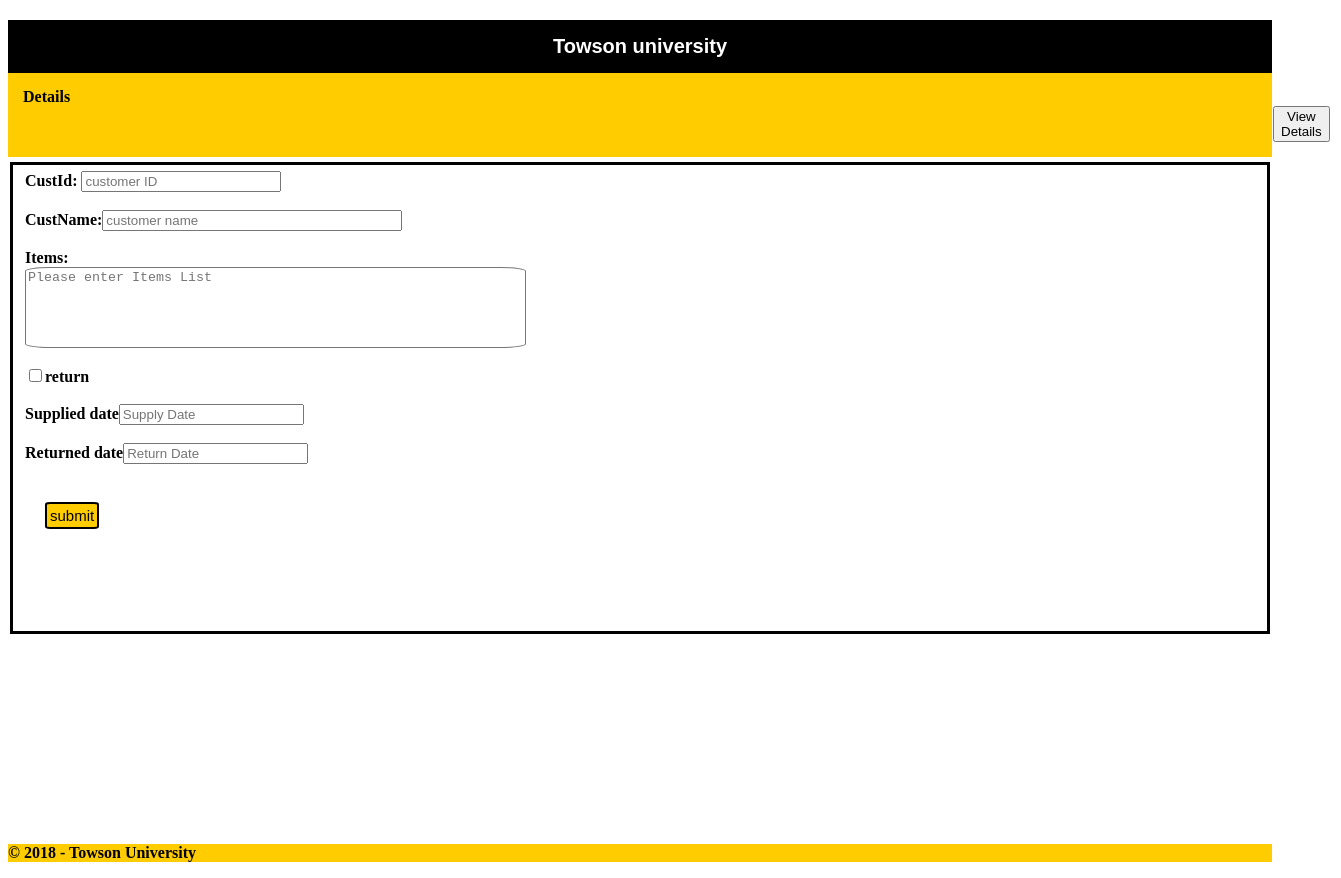
Repository: DatabaseCOSC578/eclipse-workspace11
Page: http://localhost/Supervisor/Supervisor.jsp
The author's editor kept a copy of each file at every save. The page is drawn from the files as they stood at one save, then again after the next save.
The browser window is 1280 px wide. The page is 1330 px wide, then 1341 px, then 1330 px, so the pictures cover 1341 px, including what lies to the right of the window. The pictures show the whole page.
The page is served by Tomcat 9.

Above is the page before, as saved 2018-04-15 19:54:40.

After the next save:
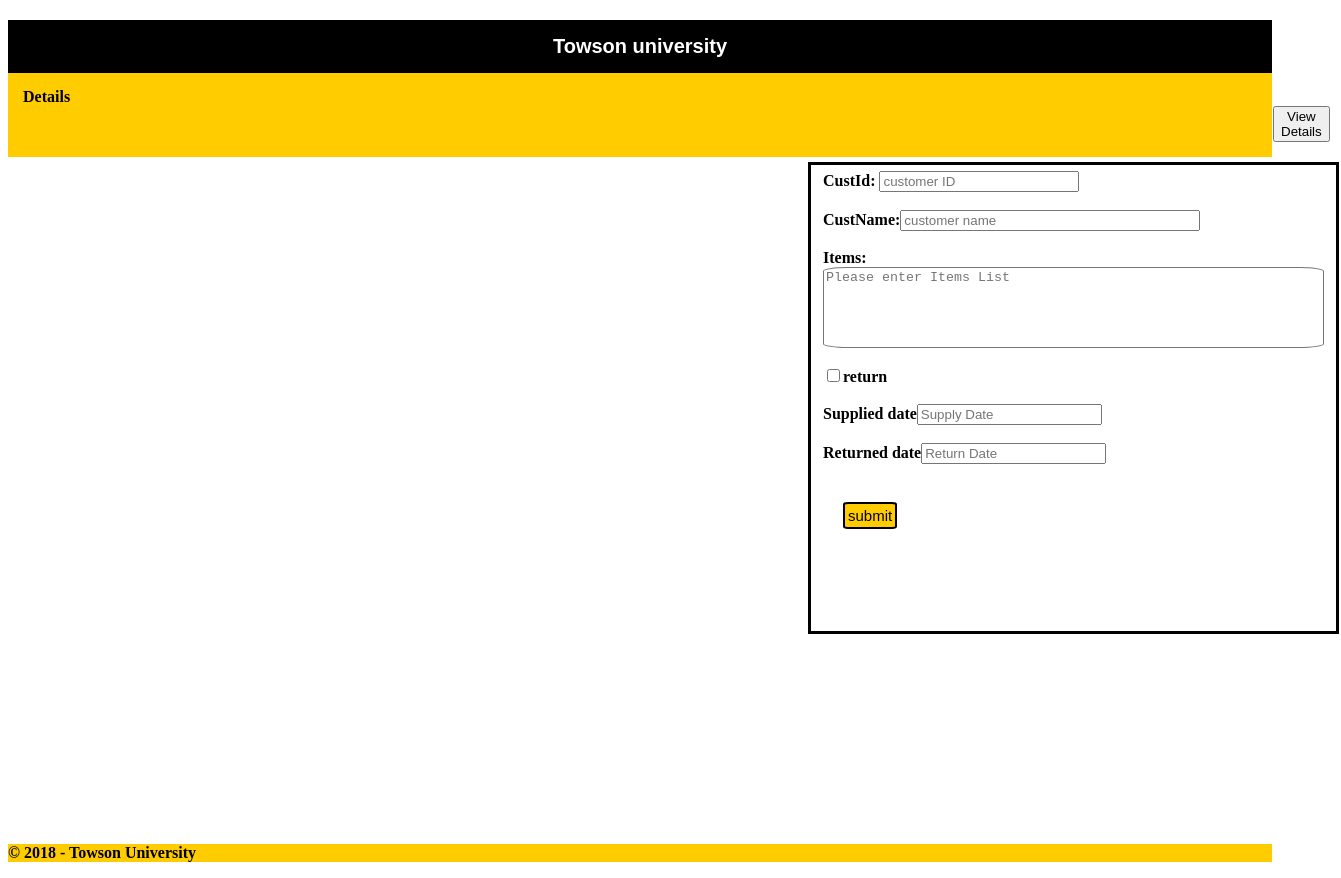
Saved 17 s later.
--- a/Supervisor/WebContent/css/layout1.css
+++ b/Supervisor/WebContent/css/layout1.css
@@ -24,7 +24,7 @@
 #fs {
 	margin-top: 5;
 	border: solid;
-	align:center;
+	margin-left:800;
 }
 
 footer {

After the save that followed:
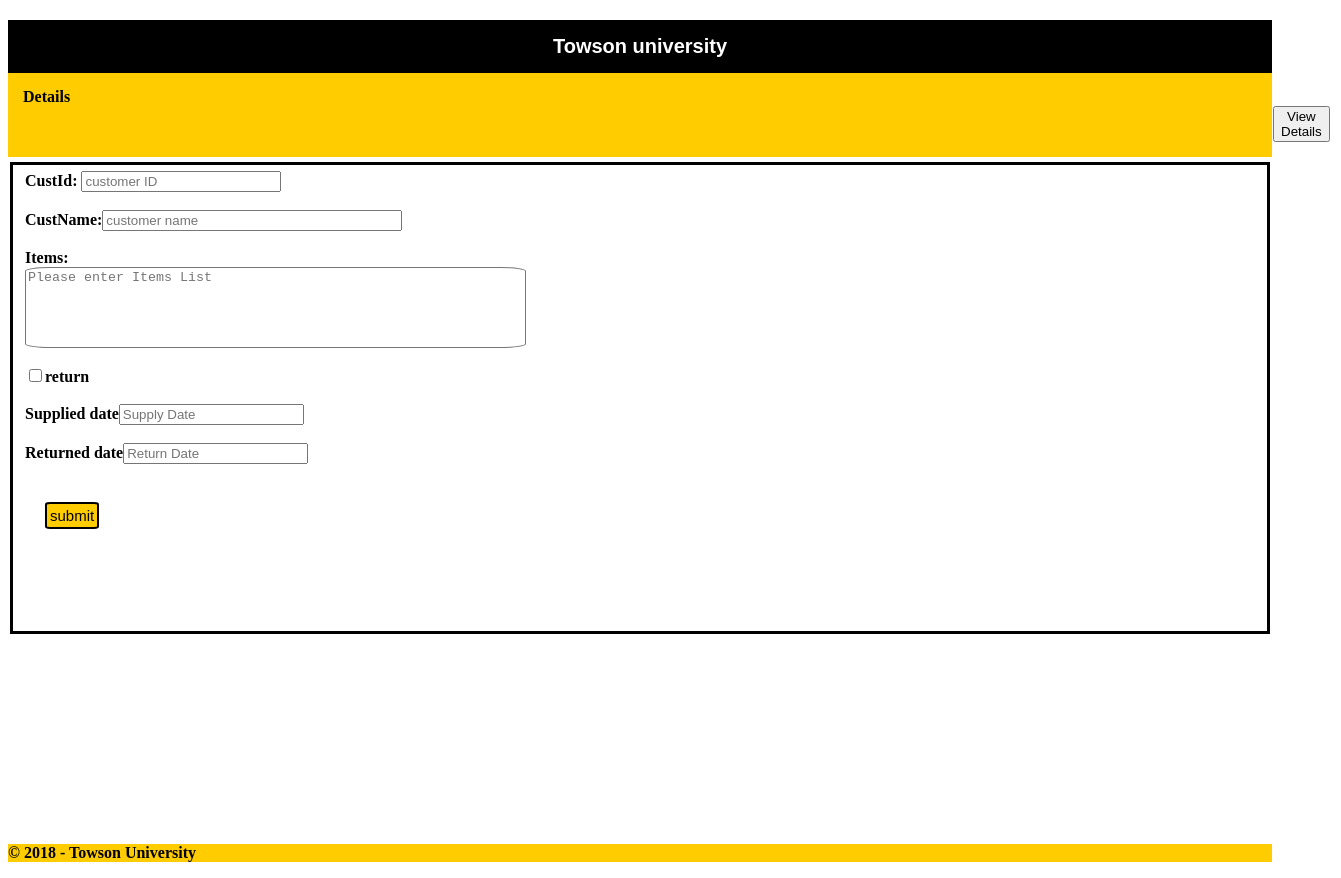
Saved 32 s later.
--- a/Supervisor/WebContent/css/layout1.css
+++ b/Supervisor/WebContent/css/layout1.css
@@ -24,7 +24,6 @@
 #fs {
 	margin-top: 5;
 	border: solid;
-	margin-left:800;
 }
 
 footer {
